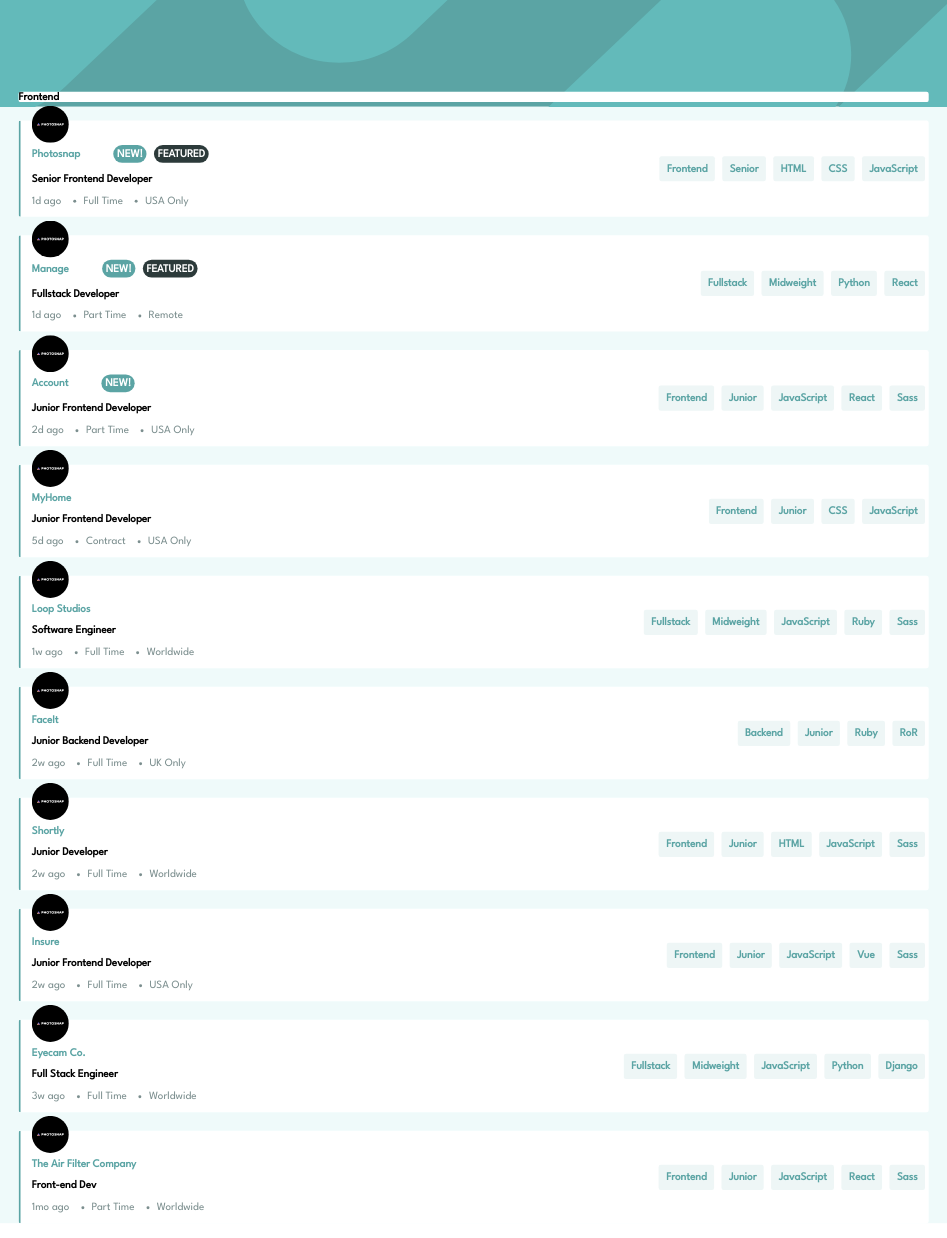
Repository: DevLaukey/job-listing
Page: /
These files come from the project's save history. The page is drawn as it stood at one moment and after the next save; the edit follows.
The browser window is 1280 px wide. The pictures show the whole page, at 74% of full size.
Some web fonts or font styles are not loaded; a fallback is used. The project was rebuilt for these pictures with package versions that can differ from the ones it lists, and the page was loaded fresh each time.

Above is the page before, as saved 2022-06-03 00:48:49.

After the next save:
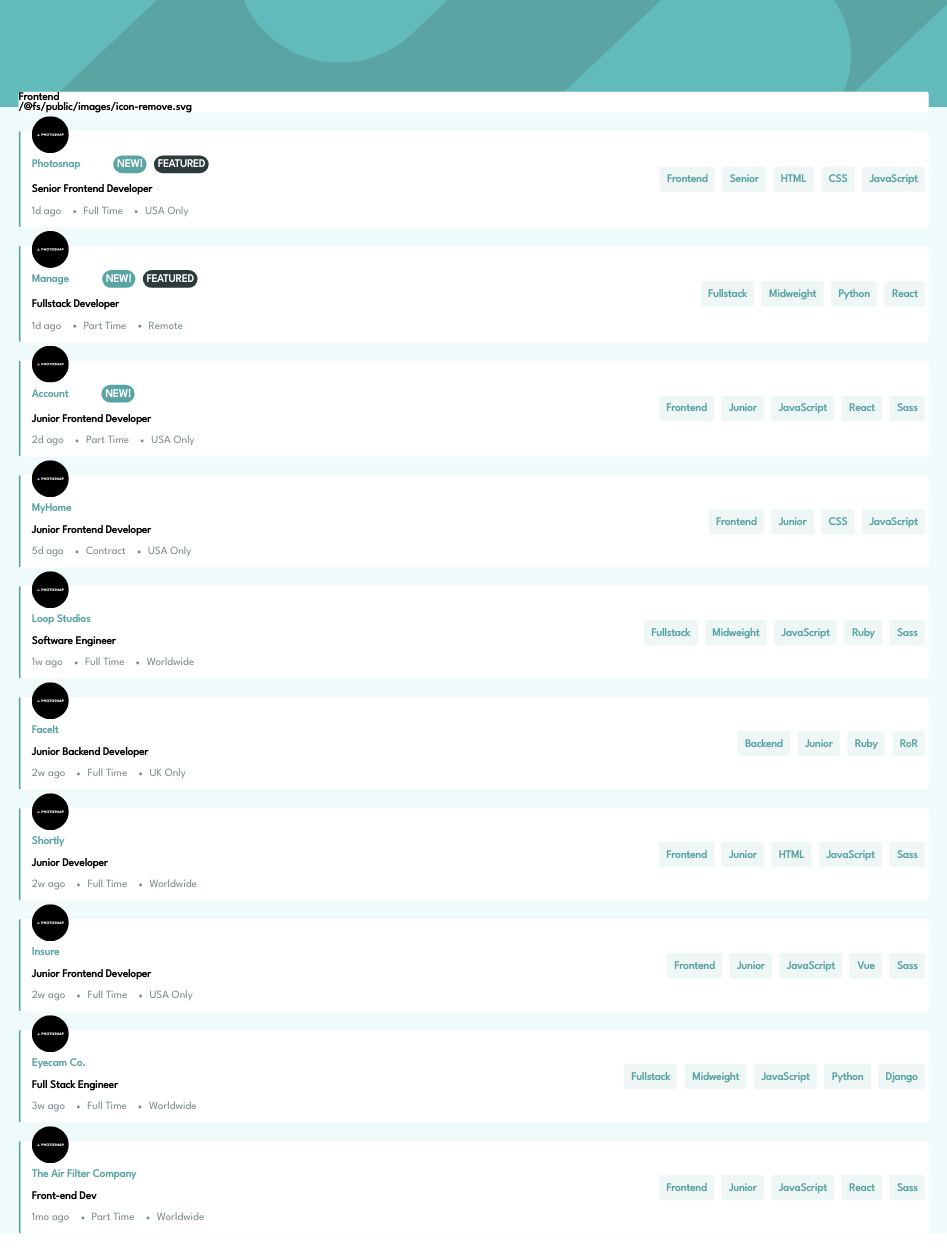
Saved 13 s later.
--- a/src/components/Filter.js
+++ b/src/components/Filter.js
@@ -5,7 +5,7 @@ function Filter() {
       <div className="tablet filter">
           <div className="option">
               <p>Frontend</p>
-
+              {icon}
           </div>
     </div>
   )
